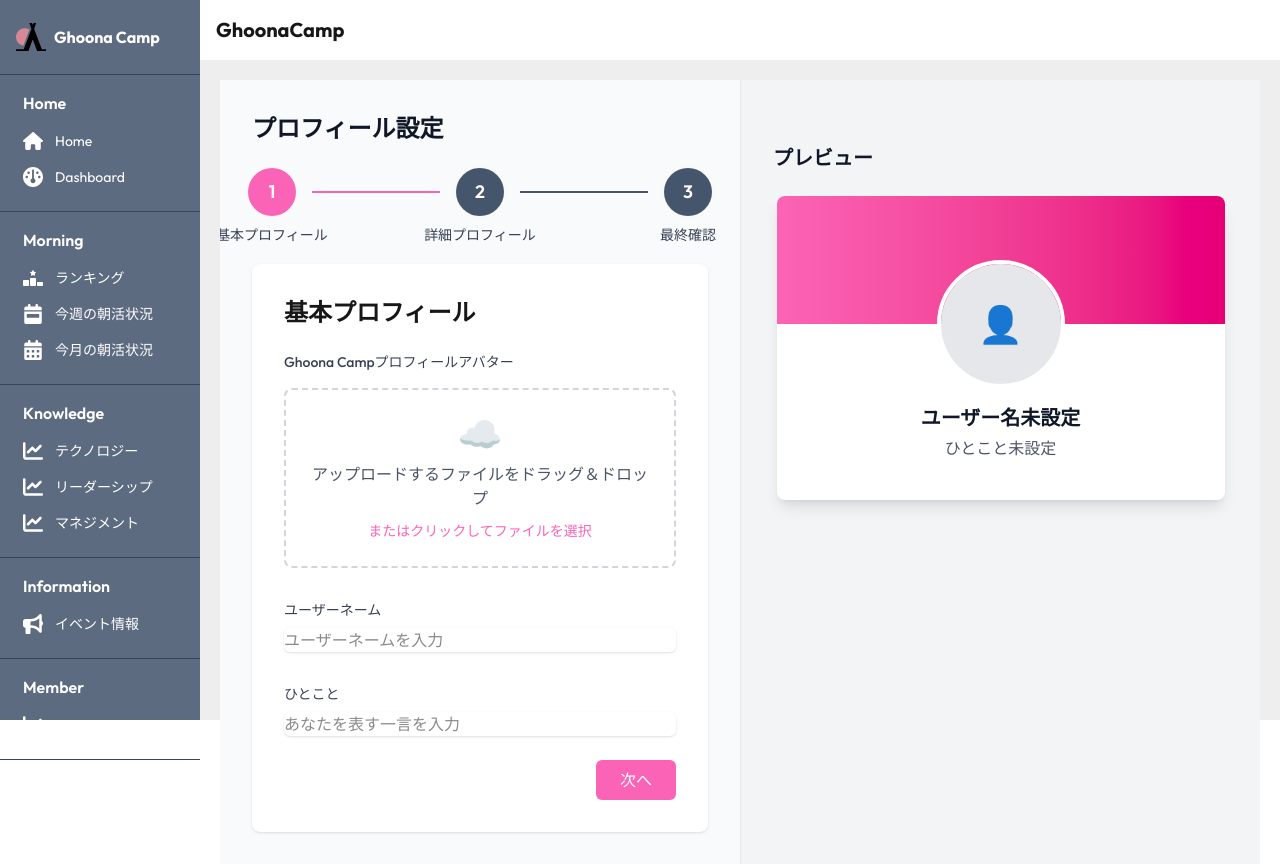
Repository: ShotaGhoona/ghoonacamp_platform
Page: /setting/profile
The author's editor kept a copy of each file at every save. The page is drawn from the files as they stood at one save, then again after the next save.
The browser window is 1280 px wide. The pictures show the whole page.
The page's requests for data from a server got no answer. The project was rebuilt for these pictures with package versions that can differ from the ones it lists, and the page was loaded fresh each time. Some packages were replaced by stand-ins written for this rebuild. The framework's server and built-in components were replaced by stand-ins that run in the browser. No one was signed in, and anything a server would have sent is missing. Also part of the build but not shown: next.config.js, src/features/setting/profile/display/DetailProfileForm.tsx, src/features/setting/profile/display/ConfirmationView.tsx.

Above is the page before, as saved 2025-04-29 13:22:05.

### src/app/layout.tsx
import type { Metadata } from 'next';
import { Outfit } from 'next/font/google';
import './globals.css';
import Sidebar from '@/components/display/sidebar';
import Header from '@/components/display/header';
import { ClerkProvider } from '@clerk/nextjs';

const outfit = Outfit({ subsets: ['latin'] });

export const metadata: Metadata = {
  title: 'Ghoona Camp',
  description: 'Ghoona Camp Platform',
};

export default function RootLayout({
  children,
}: {
  children: React.ReactNode;
}) {
  return (
    <ClerkProvider>
      <html lang="ja">
        <body className={outfit.className}>
          <div className="flex">
            <div className="w-[200px] transition-all duration-300">
              <Sidebar />
            </div>
            <div className="flex-1 flex flex-col max-h-screen">
              <Header />
              <main className="bg-[#EEEEEE] flex-1 min-h-[calc(100vh-60px)] p-5">
                {children}
              </main>
            </div>
          </div>
        </body>
      </html>
    </ClerkProvider>
  );
}

### src/app/setting/profile/page.tsx
'use client';

import { useState } from 'react';
import { StepIndicator } from '@/features/setting/profile/components/StepIndicator';
import { BasicProfileForm } from '@/features/setting/profile/display/BasicProfileForm';
import { DetailProfileForm } from '@/features/setting/profile/display/DetailProfileForm';
import { ConfirmationView } from '@/features/setting/profile/display/ConfirmationView';
import { ProfilePreview } from '@/features/setting/profile/components/ProfilePreview';
import { useProfileForm } from '@/features/setting/profile/hooks/useProfileForm';

export default function ProfileSettingPage() {
  const {
    currentStep,
    formData,
    updateFormData,
    handleNextStep,
    handlePrevStep,
    handleAvatarChange,
  } = useProfileForm();

  const [isSubmitting, setIsSubmitting] = useState(false);

  const handleSubmit = async () => {
    setIsSubmitting(true);
    try {
      // TODO: APIを呼び出してプロフィールを更新
      await new Promise(resolve => setTimeout(resolve, 1000)); // 仮の遅延
      // 成功時の処理（例：ダッシュボードへリダイレクト）
    } catch (error) {
      console.error('プロフィールの更新に失敗しました:', error);
      // エラー処理
    } finally {
      setIsSubmitting(false);
    }
  };

  return (
    <div className="min-h-screen flex bg-gray-50">
      {/* 左側：フォーム */}
      <div className="w-1/2 p-8 overflow-y-auto">
        <h1 className="text-2xl font-bold text-gray-900 mb-6">プロフィール設定</h1>

        {/* ステップインジケーター */}
        <StepIndicator currentStep={currentStep} />

        {/* フォームコンテンツ */}
        <div className="bg-white rounded-lg shadow-sm p-6 md:p-8 mt-8">
          {currentStep === 'basic' && (
            <BasicProfileForm
              formData={formData}
              onUpdate={updateFormData}
              onAvatarChange={handleAvatarChange}
              onNext={handleNextStep}
            />
          )}

          {currentStep === 'detail' && (
            <DetailProfileForm
              formData={formData}
              onUpdate={updateFormData}
              onPrev={handlePrevStep}
              onNext={handleNextStep}
            />
          )}

          {currentStep === 'confirm' && (
            <ConfirmationView
              formData={formData}
              onPrev={handlePrevStep}
              onSubmit={handleSubmit}
              isSubmitting={isSubmitting}
            />
          )}
        </div>
      </div>

      {/* 右側：プレビュー */}
      <div className="w-1/2 bg-gray-100 p-8 overflow-y-auto border-l border-gray-200">
        <div className="sticky top-8">
          <h2 className="text-xl font-semibold text-gray-900 mb-6">プレビュー</h2>
          <ProfilePreview formData={formData} />
        </div>
      </div>
    </div>
  );
}

### src/components/display/sidebar.tsx
'use client';

import Link from 'next/link';
import { usePathname } from 'next/navigation';
import clsx from 'clsx';

const groups: { title: string; links: { href: string; label: string; icon: string }[] }[] = [
  {
    title: 'Home',
    links: [
      { href: '/home', label: 'Home', icon: '/svg/sidebarIcon/home.svg' },
      { href: '/home/dashboard', label: 'Dashboard', icon: '/svg/sidebarIcon/dashboard.svg' },
    ],
  },
  {
    title: 'Morning',
    links: [
      { href: '/morning/ranking', label: 'ランキング', icon: '/svg/sidebarIcon/ranking.svg' },
      { href: '/morning/weekend', label: '今週の朝活状況', icon: '/svg/sidebarIcon/week.svg' },
      { href: '/morning/month', label: '今月の朝活状況', icon: '/svg/sidebarIcon/month.svg' },
    ],
  },
  {
    title: 'Knowledge',
    links: [
      { href: '/knowledge/tech', label: 'テクノロジー', icon: '/svg/sidebarIcon/analysis.svg' },
      { href: '/knowledge/leadership', label: 'リーダーシップ', icon: '/svg/sidebarIcon/analysis.svg' },
      { href: '/knowledge/management', label: 'マネジメント', icon: '/svg/sidebarIcon/analysis.svg' },
    ],
  },
  {
    title: 'Information',
    links: [{ href: '/information/events', label: 'イベント情報', icon: '/svg/sidebarIcon/externalEvents.svg' }],
  },
  {
    title: 'Member',
    links: [{ href: '/members', label: 'GhoonaCamper', icon: '/svg/sidebarIcon/analysis.svg' }],
  },
];

export default function Sidebar() {
  const pathname = usePathname();

  return (
    <aside className="w-full h-screen bg-[#5D6B80] text-white">
      <div className="flex items-center gap-2 h-[75px] px-4 border-b border-[#374559]">
        <img src="/svg/logo.svg" alt="Ghoona Camp" className="w-[30px] h-[30px]" />
        <span className="font-bold">Ghoona Camp</span>
      </div>

      <nav>
        {groups.map((g) => (
          <div key={g.title} className="border-b border-[#374559] px-[15px] py-4">
            <p className="text-base font-semibold mb-2 px-2">
              {g.title}
            </p>
            {g.links.map((l) => (
              <Link
                key={l.href}
                href={l.href}
                className={clsx(
                  'flex items-center gap-3 p-2 rounded-lg text-sm',
                  pathname === l.href
                    ? 'bg-primary text-white'
                    : 'hover:bg-slate-600'
                )}
              >
                <img src={l.icon} alt={l.label} className="w-[20px] h-[20px]" />
                <span>{l.label}</span>
              </Link>
            ))}
          </div>
        ))}
      </nav>
    </aside>
  );
}

### src/components/display/header.tsx
'use client';

import { UserButton, useUser } from '@clerk/nextjs';

export default function Header() {
  const { user, isLoaded } = useUser();

  return (
    <header className="w-full h-16  flex items-center justify-between px-4">
      <div className="flex items-center gap-4">
        <h1 className="text-xl font-bold">GhoonaCamp</h1>
      </div>
      <div className="flex items-center gap-4">
        {isLoaded && user && (
          <div className="flex items-center gap-2">
            <span className="text-sm">
              {user.firstName} {user.lastName}
            </span>
            <UserButton afterSignOutUrl="/" />
          </div>
        )}
      </div>
    </header>
  );
}

### src/features/setting/profile/components/StepIndicator.tsx
'use client';

import { cn } from '@/lib/utils';
import { Step, PROFILE_STEPS } from '../types/profile';

interface StepIndicatorProps {
  currentStep: Step;
}

export const StepIndicator = ({ currentStep }: StepIndicatorProps) => {
  return (
    <div className="flex items-center justify-center mb-12">
      {PROFILE_STEPS.map((step, index) => (
        <div key={step.id} className="flex items-center">
          {/* ステップサークル */}
          <div
            className={cn(
              'w-12 h-12 rounded-full flex items-center justify-center text-lg font-semibold relative',
              currentStep === step.id
                ? 'bg-pink-400 text-white'
                : 'bg-slate-600 text-white'
            )}
          >
            {step.number}
            {/* ステップタイトル */}
            <div className="text-center absolute -bottom-8 w-32">
              <span className="text-sm font-medium text-gray-700">{step.title}</span>
            </div>
          </div>

          {/* 接続線 */}
          {index < PROFILE_STEPS.length - 1 && (
            <div
              className={cn(
                'h-[2px] w-32 mx-4',
                currentStep === PROFILE_STEPS[index + 1].id || currentStep === step.id
                  ? 'bg-pink-400'
                  : 'bg-slate-600'
              )}
            />
          )}
        </div>
      ))}
    </div>
  );
};

### src/features/setting/profile/display/BasicProfileForm.tsx
'use client';

import { ProfileFormData } from '../types/profile';
import { AvatarUpload } from '../components/AvatarUpload';

interface BasicProfileFormProps {
  formData: ProfileFormData;
  onUpdate: (data: Partial<ProfileFormData>) => void;
  onAvatarChange: (file: File) => void;
  onNext: () => void;
}

export const BasicProfileForm = ({
  formData,
  onUpdate,
  onAvatarChange,
  onNext,
}: BasicProfileFormProps) => {
  return (
    <div className="space-y-6">
      <h2 className="text-2xl font-bold">基本プロフィール</h2>

      <div className="space-y-8">
        {/* アバターアップロード */}
        <div className="space-y-4">
          <label className="block text-sm font-medium text-gray-700">
            Ghoona Campプロフィールアバター
          </label>
          <AvatarUpload
            onFileSelect={onAvatarChange}
            previewUrl={formData.avatarUrl}
          />
        </div>

        {/* ユーザーネーム */}
        <div className="space-y-2">
          <label
            htmlFor="username"
            className="block text-sm font-medium text-gray-700"
          >
            ユーザーネーム
          </label>
          <input
            type="text"
            id="username"
            value={formData.username}
            onChange={(e) => onUpdate({ username: e.target.value })}
            className="mt-1 block w-full rounded-md border-gray-300 shadow-sm focus:border-pink-400 focus:ring-pink-400"
            placeholder="ユーザーネームを入力"
          />
        </div>

        {/* ひとこと */}
        <div className="space-y-2">
          <label
            htmlFor="bio"
            className="block text-sm font-medium text-gray-700"
          >
            ひとこと
          </label>
          <input
            type="text"
            id="bio"
            value={formData.bio}
            onChange={(e) => onUpdate({ bio: e.target.value })}
            className="mt-1 block w-full rounded-md border-gray-300 shadow-sm focus:border-pink-400 focus:ring-pink-400"
            placeholder="あなたを表す一言を入力"
          />
        </div>
      </div>

      {/* 次へボタン */}
      <div className="flex justify-end">
        <button
          onClick={onNext}
          className="bg-pink-400 text-white px-6 py-2 rounded-md hover:bg-pink-500 transition-colors"
        >
          次へ
        </button>
      </div>
    </div>
  );
};

### src/features/setting/profile/components/ProfilePreview.tsx
'use client';

import { ProfileFormData } from '../types/profile';

interface ProfilePreviewProps {
  formData: ProfileFormData;
}

export const ProfilePreview = ({ formData }: ProfilePreviewProps) => {
  return (
    <div className="w-full max-w-md mx-auto bg-white rounded-lg shadow-lg overflow-hidden">
      {/* ヘッダー部分 */}
      <div className="relative h-32 bg-gradient-to-r from-pink-400 to-pink-600">
        <div className="absolute -bottom-16 left-1/2 transform -translate-x-1/2">
          <div className="w-32 h-32 rounded-full border-4 border-white overflow-hidden bg-white">
            {formData.avatarUrl ? (
              <img
                src={formData.avatarUrl}
                alt={formData.username}
                className="w-full h-full object-cover"
              />
            ) : (
              <div className="w-full h-full bg-gray-200 flex items-center justify-center">
                <span className="text-4xl text-gray-400">👤</span>
              </div>
            )}
          </div>
        </div>
      </div>

      {/* プロフィール情報 */}
      <div className="pt-20 px-6 pb-6">
        <div className="text-center mb-4">
          <h3 className="text-xl font-bold text-gray-900">
            {formData.username || 'ユーザー名未設定'}
          </h3>
          <p className="text-gray-600 mt-1">{formData.bio || 'ひとこと未設定'}</p>
        </div>

        {formData.occupation && (
          <div className="text-center mb-4">
            <p className="text-gray-600">{formData.occupation}</p>
          </div>
        )}

        {/* スキル */}
        {formData.skills && formData.skills.length > 0 && (
          <div className="mb-4">
            <div className="flex flex-wrap justify-center gap-2">
              {formData.skills.map((skill) => (
                <span
                  key={skill}
                  className="px-3 py-1 bg-pink-100 text-pink-800 rounded-full text-sm"
                >
                  {skill}
                </span>
              ))}
            </div>
          </div>
        )}

        {/* SNSリンク */}
        <div className="flex justify-center space-x-4 mt-4">
          {formData.githubUrl && (
            <a
              href={formData.githubUrl}
              target="_blank"
              rel="noopener noreferrer"
              className="text-gray-600 hover:text-pink-500"
            >
              GitHub
            </a>
          )}
          {formData.twitterUrl && (
            <a
              href={formData.twitterUrl}
              target="_blank"
              rel="noopener noreferrer"
              className="text-gray-600 hover:text-pink-500"
            >
              Twitter
            </a>
          )}
          {formData.websiteUrl && (
            <a
              href={formData.websiteUrl}
              target="_blank"
              rel="noopener noreferrer"
              className="text-gray-600 hover:text-pink-500"
            >
              Website
            </a>
          )}
        </div>

        {/* 自己紹介 */}
        {formData.selfIntroduction && (
          <div className="mt-6 text-gray-600">
            <p className="whitespace-pre-wrap text-sm">
              {formData.selfIntroduction}
            </p>
          </div>
        )}
      </div>
    </div>
  );
};

### src/features/setting/profile/hooks/useProfileForm.ts
'use client';

import { useState } from 'react';
import { ProfileFormData, Step } from '../types/profile';

export const useProfileForm = () => {
  const [currentStep, setCurrentStep] = useState<Step>('basic');
  const [formData, setFormData] = useState<ProfileFormData>({
    username: '',
    bio: '',
  });

  const updateFormData = (data: Partial<ProfileFormData>) => {
    setFormData((prev) => ({ ...prev, ...data }));
  };

  const handleNextStep = () => {
    if (currentStep === 'basic') setCurrentStep('detail');
    else if (currentStep === 'detail') setCurrentStep('confirm');
  };

  const handlePrevStep = () => {
    if (currentStep === 'detail') setCurrentStep('basic');
    else if (currentStep === 'confirm') setCurrentStep('detail');
  };

  const handleAvatarChange = (file: File) => {
    const url = URL.createObjectURL(file);
    updateFormData({ avatar: file, avatarUrl: url });
  };

  return {
    currentStep,
    formData,
    updateFormData,
    handleNextStep,
    handlePrevStep,
    handleAvatarChange,
  };
};

### src/features/setting/profile/types/profile.ts
export type Step = 'basic' | 'detail' | 'confirm';

export interface ProfileFormData {
  // 基本プロフィール
  avatar?: File;
  avatarUrl?: string;
  username: string;
  bio: string;

  // 詳細プロフィール
  oneLine?: string;          // 一言プロフィール（30文字）
  background?: string;       // 経歴・背景（140文字）
  interests?: string[];      // 興味・関心事
  coreSkills?: string[];    // コアスキル

  // SNSリンク
  instagramUrl?: string;
  websiteUrl?: string;
  xUrl?: string;
  linkedinUrl?: string;
}

export interface StepInfo {
  id: Step;
  number: number;
  title: string;
}

export const PROFILE_STEPS: StepInfo[] = [
  { id: 'basic', number: 1, title: '基本プロフィール' },
  { id: 'detail', number: 2, title: '詳細プロフィール' },
  { id: 'confirm', number: 3, title: '最終確認' },
];

### src/features/setting/profile/components/AvatarUpload.tsx
'use client';

import { useCallback } from 'react';
import { useDropzone } from 'react-dropzone';

interface AvatarUploadProps {
  onFileSelect: (file: File) => void;
  previewUrl?: string;
}

export const AvatarUpload = ({ onFileSelect, previewUrl }: AvatarUploadProps) => {
  const onDrop = useCallback((acceptedFiles: File[]) => {
    if (acceptedFiles.length > 0) {
      onFileSelect(acceptedFiles[0]);
    }
  }, [onFileSelect]);

  const { getRootProps, getInputProps, isDragActive } = useDropzone({
    onDrop,
    accept: {
      'image/*': ['.jpeg', '.jpg', '.png', '.gif']
    },
    maxFiles: 1,
    multiple: false,
  });

  return (
    <div className="w-full max-w-md mx-auto">
      <div
        {...getRootProps()}
        className="border-2 border-dashed border-gray-300 rounded-lg p-6 text-center cursor-pointer hover:border-pink-400 transition-colors"
      >
        <input {...getInputProps()} />
        {previewUrl ? (
          <div className="relative w-32 h-32 mx-auto">
            <img
              src={previewUrl}
              alt="アバタープレビュー"
              className="w-full h-full object-cover rounded-full"
            />
            <div className="absolute inset-0 flex items-center justify-center bg-black bg-opacity-50 rounded-full opacity-0 hover:opacity-100 transition-opacity">
              <p className="text-white text-sm">クリックして変更</p>
            </div>
          </div>
        ) : (
          <div className="space-y-2">
            <div className="text-4xl text-gray-400">☁️</div>
            <p className="text-gray-600">
              {isDragActive
                ? 'ファイルをドロップしてください'
                : 'アップロードするファイルをドラッグ＆ドロップ'}
            </p>
            <button className="text-sm text-pink-400 hover:text-pink-500">
              またはクリックしてファイルを選択
            </button>
          </div>
        )}
      </div>
    </div>
  );
};

### src/features/setting/profile/components/DetailProfilePreview.tsx
'use client';

import { ProfileFormData } from '../types/profile';

interface DetailProfilePreviewProps {
  formData: ProfileFormData;
}

export const DetailProfilePreview = ({ formData }: DetailProfilePreviewProps) => {
  return (
    <div className="w-full max-w-md mx-auto bg-white rounded-lg shadow-lg overflow-hidden">
      {/* One-Line Profile */}
      {formData.oneLine && (
        <div className="p-6 border-b border-gray-100">
          <h3 className="text-sm font-semibold text-gray-500 uppercase mb-2">One-Line Profile</h3>
          <p className="text-lg font-medium text-gray-800 italic">
            "{formData.oneLine}"
          </p>
        </div>
      )}

      {/* Background */}
      {formData.background && (
        <div className="p-6 border-b border-gray-100">
          <h3 className="text-sm font-semibold text-gray-500 uppercase mb-2">Background</h3>
          <p className="text-gray-700 leading-relaxed">
            {formData.background}
          </p>
        </div>
      )}

      {/* What I'm Into */}
      {formData.interests && formData.interests.length > 0 && (
        <div className="p-6 border-b border-gray-100">
          <h3 className="text-sm font-semibold text-gray-500 uppercase mb-3">What I'm Into</h3>
          <div className="flex flex-wrap gap-2">
            {formData.interests.map((interest) => (
              <span
                key={interest}
                className="px-3 py-1 bg-pink-100 text-pink-800 rounded-full text-sm"
              >
                {interest}
              </span>
            ))}
          </div>
        </div>
      )}

      {/* Core Skills */}
      {formData.coreSkills && formData.coreSkills.length > 0 && (
        <div className="p-6 border-b border-gray-100">
          <h3 className="text-sm font-semibold text-gray-500 uppercase mb-3">Core Skill Set</h3>
          <div className="flex flex-wrap gap-2">
            {formData.coreSkills.map((skill) => (
              <span
                key={skill}
                className="px-3 py-1 bg-blue-100 text-blue-800 rounded-full text-sm"
              >
                {skill}
              </span>
            ))}
          </div>
        </div>
      )}

      {/* SNS Links */}
      <div className="p-6 bg-gray-50">
        <h3 className="text-sm font-semibold text-gray-500 uppercase mb-3">Connect With Me</h3>
        <div className="flex flex-wrap gap-4">
          {formData.instagramUrl && (
            <a
              href={formData.instagramUrl}
              target="_blank"
              rel="noopener noreferrer"
              className="flex items-center text-pink-500 hover:text-pink-600"
            >
              <span className="text-sm">Instagram</span>
            </a>
          )}
          {formData.websiteUrl && (
            <a
              href={formData.websiteUrl}
              target="_blank"
              rel="noopener noreferrer"
              className="flex items-center text-gray-600 hover:text-gray-800"
            >
              <span className="text-sm">Website</span>
            </a>
          )}
          {formData.xUrl && (
            <a
              href={formData.xUrl}
              target="_blank"
              rel="noopener noreferrer"
              className="flex items-center text-gray-800 hover:text-gray-900"
            >
              <span className="text-sm">X</span>
            </a>
          )}
          {formData.linkedinUrl && (
            <a
              href={formData.linkedinUrl}
              target="_blank"
              rel="noopener noreferrer"
              className="flex items-center text-blue-600 hover:text-blue-700"
            >
              <span className="text-sm">LinkedIn</span>
            </a>
          )}
        </div>
      </div>
    </div>
  );
};

Loaded but not shown: src/app/globals.css (common file); src/lib/utils.ts (common file)

After the next save:
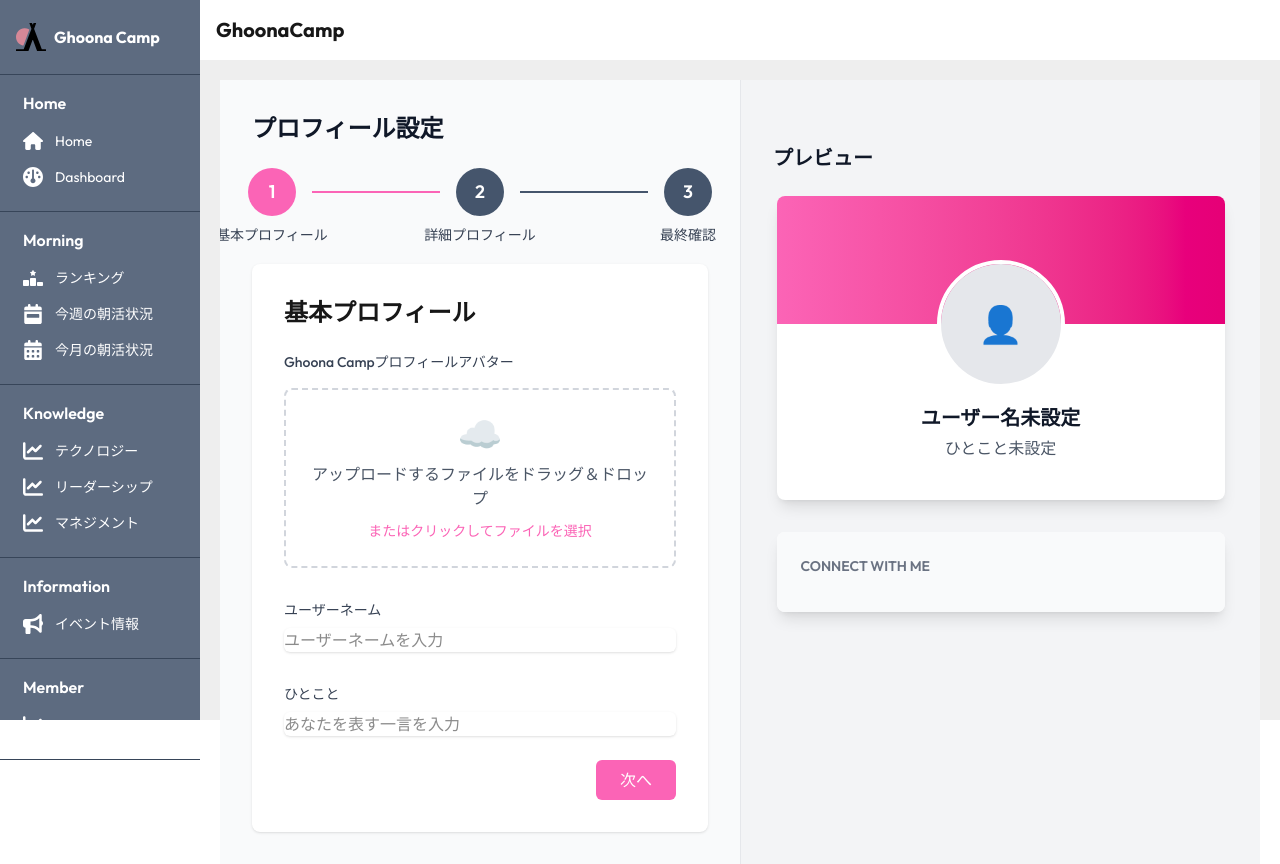
Saved 38 s later.
--- a/src/app/setting/profile/page.tsx
+++ b/src/app/setting/profile/page.tsx
@@ -6,6 +6,7 @@ import { BasicProfileForm } from '@/features/setting/profile/display/BasicProfil
 import { DetailProfileForm } from '@/features/setting/profile/display/DetailProfileForm';
 import { ConfirmationView } from '@/features/setting/profile/display/ConfirmationView';
 import { ProfilePreview } from '@/features/setting/profile/components/ProfilePreview';
+import { DetailProfilePreview } from '@/features/setting/profile/components/DetailProfilePreview';
 import { useProfileForm } from '@/features/setting/profile/hooks/useProfileForm';
 
 export default function ProfileSettingPage() {
@@ -76,9 +77,14 @@ export default function ProfileSettingPage() {
 
       {/* 右側：プレビュー */}
       <div className="w-1/2 bg-gray-100 p-8 overflow-y-auto border-l border-gray-200">
-        <div className="sticky top-8">
+        <div className="sticky top-8 space-y-8">
           <h2 className="text-xl font-semibold text-gray-900 mb-6">プレビュー</h2>
+
+          {/* 基本プロフィールプレビュー */}
           <ProfilePreview formData={formData} />
+
+          {/* 詳細プロフィールプレビュー */}
+          <DetailProfilePreview formData={formData} />
         </div>
       </div>
     </div>
